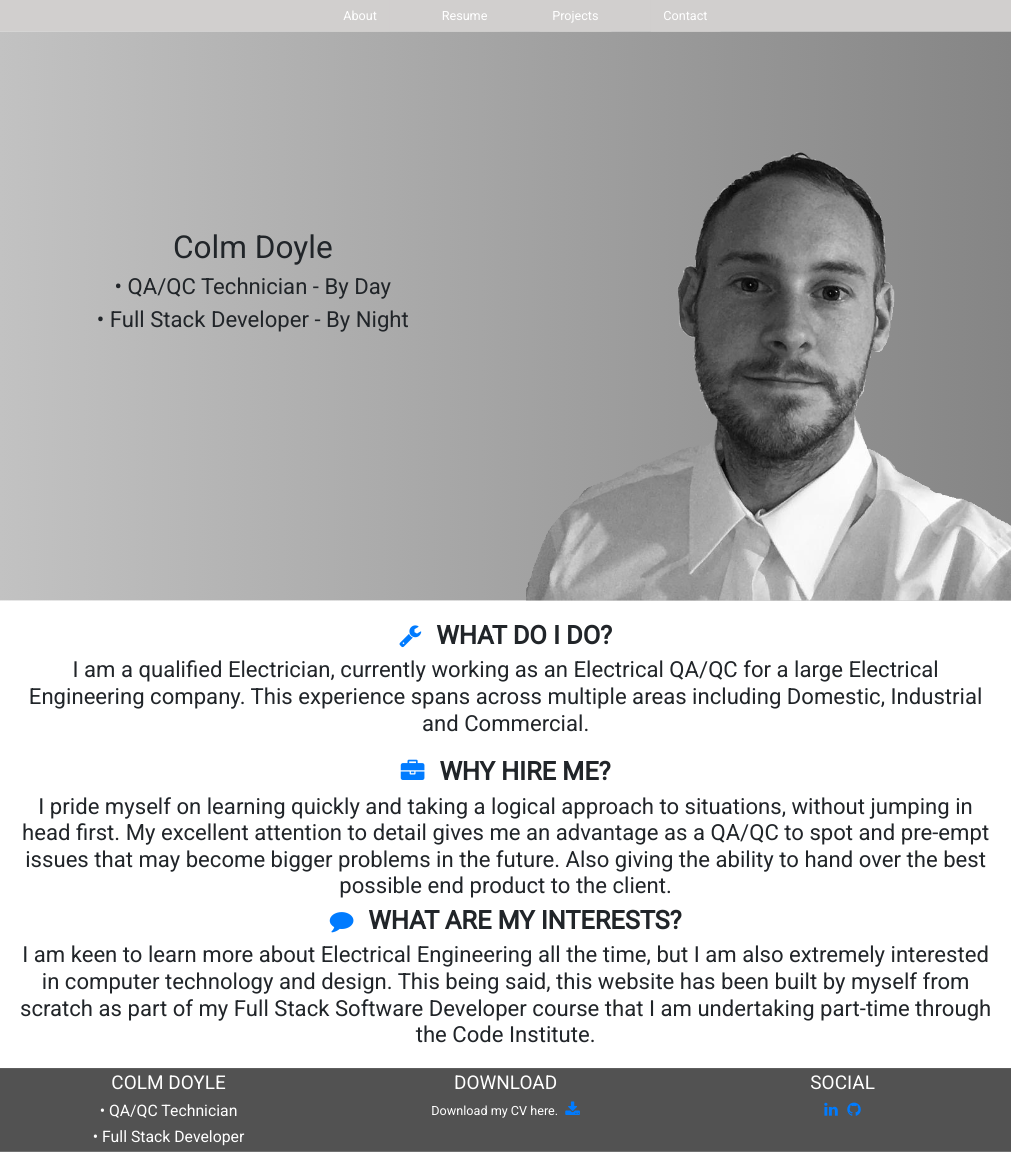
Repository: Code-Institute-Submissions/collyd21-milestone1
Page: index.html
The author's editor kept a record of every edit. The page is drawn from the files as they stood at one moment, then again after the next edit.
The browser window is 1280 px wide. The pictures show the whole page, at 79% of full size.
Some web libraries are served in a nearby version.

Above is the page before.

### index.html
<!DOCTYPE html>
<html lang="en">

<head>
    <meta charset="UTF-8">
    <meta name="viewport" content="width=device-width, initial-scale=1.0">
    <meta http-equiv="X-UA-Compatible" content="ie=edge">
    <link rel="stylesheet" href="https://maxcdn.bootstrapcdn.com/bootstrap/4.2.1/css/bootstrap.min.css" type="text/css" />
    <link rel="stylesheet" href="https://stackpath.bootstrapcdn.com/font-awesome/4.7.0/css/font-awesome.min.css" type="text/css" />
    <link href="https://fonts.googleapis.com/css?family=Roboto&display=swap" rel="stylesheet">
    <link rel="stylesheet" href="assets/css/style.css">
    <title>Colm Doyle</title>
</head>

<body>
    <!------------------------------------------Navbar-------------------------------------->

    <ul class="nav justify-content-center">
        <li class="nav-item">
            <a class="nav-link" href="index.html">About</a>
        </li>
        <li class="nav-item">
            <a class="nav-link" href="resume.html">Resume</a>
        </li>
        <li class="nav-item">
            <a class="nav-link" href="projects.html">Projects</a>
        </li>
        <li class="nav-item">
            <a class="nav-link" href="contact.html">Contact</a>
        </li>
    </ul>

    <!------------------------------------------Header-------------------------------------->

    <header class="jumbotron-fluid" id="main-view">
        <div class="container-fluid no-gutters">
            <div class="row">
                <div class="col-6 heading" id="about">

                    <h1>Colm Doyle</h1>
                    <h3>• QA/QC Technician - By Day</h3>
                    <h3>• Full Stack Developer - By Night</h3>
                </div>

    </header>

    <!------------------------------------------3 Questions Section-------------------------------------->

    <div class="container-fluid" id="questions">
        <div class="row>
                    <div class="col-12">
                        <i class="fa fa-wrench" aria-hidden="true"></i>
                        <h2 class="inline-block uppercase">What do i do?</h2>
                        <h3 class="question-margin">I am a qualified Electrician, currently working as an Electrical QA/QC for a large Electrical Engineering company. This experience spans across multiple areas including Domestic, Industrial and Commercial. </h3>
                        <i class="fa fa-briefcase" aria-hidden="true"></i>
                        <h2 class="inline-block uppercase">Why Hire me? </h2>
                        <h3>I pride myself on learning quickly and taking a logical approach to situations, without jumping in head first. My excellent attention to detail gives me an advantage as a QA/QC to spot and pre-empt issues that may become bigger
                            problems in the future. Also giving the ability to hand over the best possible end product to the client. </h3>
                        <i class="fa fa-comment" aria-hidden="true"></i>
                        <h2 class="inline-block uppercase">What are my Interests? </h2>
                        <h3>I am keen to learn more about Electrical Engineering all the time, but I am also extremely interested in computer technology and design. This being said, this website has been built by myself from scratch as part of my Full Stack
                            Software Developer course that I am undertaking part-time through the Code Institute. </h3>
                    </div>
                    </div>
                </div>
            </div>

    <!------------------------------------------Footer-------------------------------------->

            <footer class="container-fluid">
                <div class="row" id="footer">
                    <div class="col-sm-4 ">
                        <h4>COLM DOYLE</h4>
                        <h5>• QA/QC Technician</h5>
                        <h5>• Full Stack Developer</h5>
                        </div>
                    <div class="col-sm-4">
                <h4>DOWNLOAD</h4>
                <p class="inline-block">
                    Download my CV here.
                    <a href="#" target="_blank" class="cv-pdf">
                        <i class="fa fa-download" aria-hidden="true"></i>
                        <span class="sr-only">Download link.</span>
                    </a>
                </p>
                    </div>
                    <div class="col-sm-4">
                <h4>SOCIAL</h4>
                <ul class="list-inline social-links">
                    <li class="list-inline-item">
                        <a target="_blank" href="#">
                            <i class="fa fa-linkedin" aria-hidden="true"></i>
                            <span class="sr-only">LinkedIn</span>
                     </a>
                    </li>
                    <li class="list-inline-item">
                        <a target="_blank" href="#">
                            <i class="fa fa-github " aria-hidden="true"></i>
                            <span class="sr-only">Github</span>
                        </a>

                </div>
            </footer>
</body>

</html>

### assets/css/style.css
/*-----------------------------------------------Navbar----------------------------------------*/

.nav {
    background-color: #d1cfce;

}

.nav-link {
    font-family: 'Roboto', sans-serif;
    color: #fff;
    margin-left: 50px;
    background-color: #d1cfce;
}

ul.nav a:hover {
    color: #007bff
}

/*-----------------------------------------------Header/Jumbotron----------------------------------------*/

#main-view {
    background-position: bottom;
    background-image:  url('../images/main3.png'), linear-gradient(to right, #c2c2c2 0%, #858585 100%);
    background-size: cover;
    height: 100vh;
    width: 100vw;
    margin-bottom: 0px;
}

#about {
    font-family: 'Roboto', sans-serif;
    top: 250px;
    text-align: center;
}

#questions {
    font-family: 'Roboto', sans-serif;
    margin-top: 25px;
    margin-bottom: 25px;
    text-align: center;
}

.question-margin {
    margin-bottom: 25px;
}

.uppercase{
    text-transform: uppercase;
    font-weight: bold;
}

.uppercase-jumbo {
    text-transform: uppercase;
    font-weight: bold;
    color: #007bff
}

#questions i {
    font-size: 30px;
    color: #007bff;
    text-align: center;
    margin-right: 15px;
}

#resume {
    font-family: 'Roboto', sans-serif;
    top: 150px;
    text-align: center;
}

/*-----------------------------------------------Footer----------------------------------------*/

.inline-block {
    display: inline-block;
}

#footer {
    padding-top: 5px;
    font-family: 'Roboto', sans-serif;
    background-color: #525252;
    color: #fff;
    text-align: center;
    position: relative;
}

.cv-pdf i {
    padding-left: 5px;
    font-size: 20px;
}


.social-links li a i {
    font-size: 20px;
}

/*--------------------------------------------Work History */

.work-history {
    margin-top: 25px;
    text-align: center;
    color: #007bff;
}

.work-history {
    margin-top: 25px;
    text-align: center;
    color: #007bff;
}

.work-history p {

    color: #525252;
}

After the next edit:
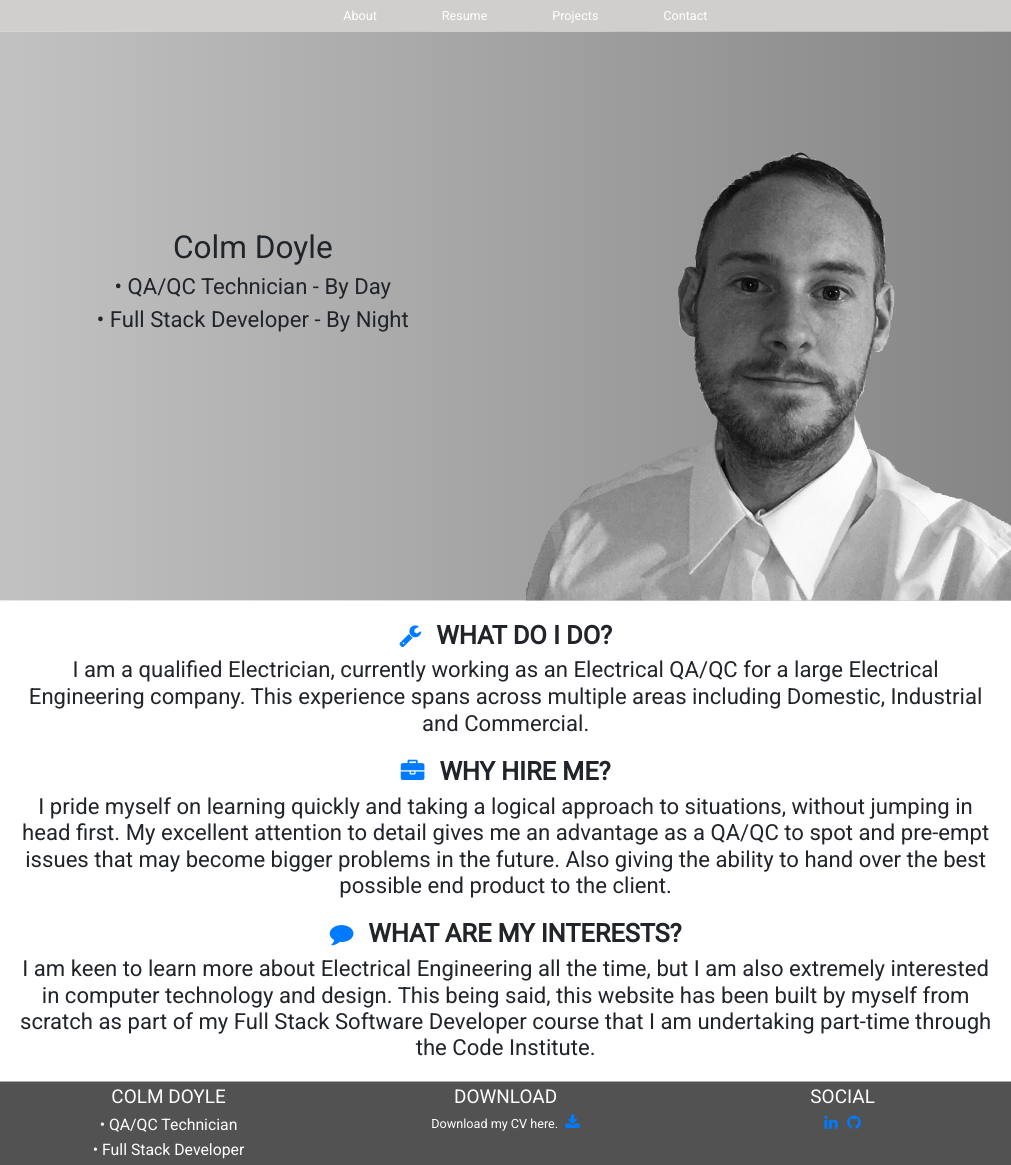
The edit:
--- a/index.html
+++ b/index.html
@@ -54,7 +54,7 @@
                         <h3 class="question-margin">I am a qualified Electrician, currently working as an Electrical QA/QC for a large Electrical Engineering company. This experience spans across multiple areas including Domestic, Industrial and Commercial. </h3>
                         <i class="fa fa-briefcase" aria-hidden="true"></i>
                         <h2 class="inline-block uppercase">Why Hire me? </h2>
-                        <h3>I pride myself on learning quickly and taking a logical approach to situations, without jumping in head first. My excellent attention to detail gives me an advantage as a QA/QC to spot and pre-empt issues that may become bigger
+                        <h3 class="question-margin">I pride myself on learning quickly and taking a logical approach to situations, without jumping in head first. My excellent attention to detail gives me an advantage as a QA/QC to spot and pre-empt issues that may become bigger
                             problems in the future. Also giving the ability to hand over the best possible end product to the client. </h3>
                         <i class="fa fa-comment" aria-hidden="true"></i>
                         <h2 class="inline-block uppercase">What are my Interests? </h2>
